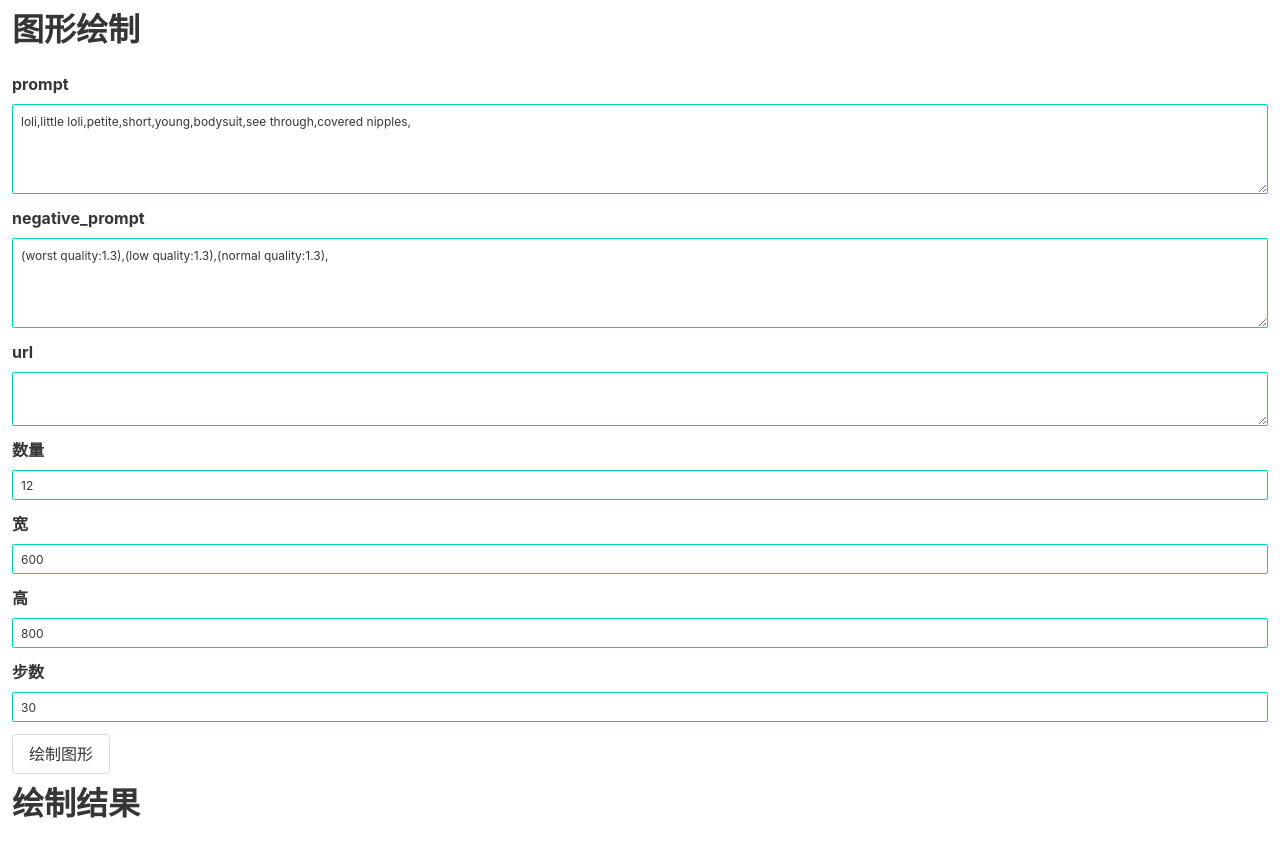
Repository: easterCat/ai-crawler-python
Page: http://localhost/draw
These files come from the project's save history. The page is drawn as it stood at one moment and after the next save; the edit follows.
The browser window is 1280 px wide. The pictures show the whole page.
The page is served by the project's application, run on Flask 3 (app/app.py).

Above is the page before, as saved 2023-08-15 20:20:10.

### app/templates/draw.html
<!DOCTYPE html>
<html>

<head>
    <title>图形绘制</title>
    <link rel="stylesheet" href="https://cdn.jsdelivr.net/npm/bulma@0.9.4/css/bulma.min.css">
    <style>
        .image-container {
            display: flex;
            flex-wrap: wrap;
            justify-content: center;
        }

        .image-container img {
            max-width: 100%;
            margin: 10px;
        }
    </style>
</head>

<body>
<div class="p-3">
    <h1 class="title">图形绘制</h1>
    <form id="myForm" action="/draw" method="POST">

        <div class="field">
            <label class="label">prompt</label>
            <div class="control">
            <textarea class="textarea is-primary is-small" id="textarea1" name="prompt" rows="4" cols="200"
                      placeholder="loli,little loli,petite,short,young,bodysuit,see through,covered nipples,"></textarea>
            </div>
        </div>
        <div class="field">
            <label class="label">negative_prompt</label>
            <div class="control">
            <textarea class="textarea is-primary is-small" id="textarea2" name="negative_prompt" rows="4" cols="200"
                      placeholder="(worst quality:1.3),(low quality:1.3),(normal quality:1.3),"></textarea>
            </div>
        </div>
        <div class="field">
            <label class="label">url</label>
            <div class="control">
                <textarea class="textarea is-primary is-small" id="textarea3" name="url" rows="2" cols="200"></textarea>
            </div>
        </div>
        <div class="field">
            <label class="label">数量</label>
            <div class="control">
                <input class="input is-primary is-small" id="textarea4" type="text" name="n_iter"></input>
            </div>
        </div>
        <div class="field">
            <label class="label">宽</label>
            <div class="control">
                <input class="input is-primary is-small" id="textarea5" type="text" name="width"></input>
            </div>
        </div>
        <div class="field">
            <label class="label">高</label>
            <div class="control">
                <input class="input is-primary is-small" id="textarea6" type="text" name="height"></input>
            </div>
        </div>
        <div class="field">
            <label class="label">步数</label>
            <div class="control">
                <input class="input is-primary is-small" id="textarea7" type="text" name="steps"></input>
            </div>
        </div>
        <input class="button" type="submit" value="绘制图形">
    </form>
    <h1 class="title mt-3">绘制结果</h1>
    <div class="image-container">
        {% for image in data.images %}
        <img width="600" src="data:[embedded picture, 34 characters]" alt="图像">
        {% endfor %}
    </div>
</div>
</body>
<script>
    window.onload = function() {
        var urlParams = new URLSearchParams(window.location.search);
        var url = urlParams.get('url');
        var form = document.getElementById('myForm');
        document.getElementById('textarea1').value = 'loli,little loli,petite,short,young,bodysuit,see through,covered nipples,';
        document.getElementById('textarea2').value = '(worst quality:1.3),(low quality:1.3),(normal quality:1.3),';
        document.getElementById('textarea3').value = url || '';
        document.getElementById('textarea4').value = '12';
        document.getElementById('textarea5').value = '600';
        document.getElementById('textarea6').value = '800';
        document.getElementById('textarea7').value = '30';
        form.action = '/draw?url=' + url || '';
    }
</script>

</html>

### app/app.py
import asyncio
import json
import os

import aiofiles
import aiohttp
import requests
from flask import Flask, render_template, request, Response

app = Flask(__name__)

result_urls = None

total = 0


@app.route('/')
async def render_html():
    data = await read_json_files()
    # 渲染模板并返回HTML响应
    return render_template('template.html', data={'list': data, 'total': len(data), 'allow': total})


@app.route('/draw', methods=['GET', 'POST'])
def draw():
    if request.method == 'GET':
        return render_template('draw.html', data={'images': [], 'prompt': ''})
    else:
        prompt = request.form['prompt']
        negative_prompt = request.form['negative_prompt']
        n_iter = request.form['n_iter']
        width = request.form['width']
        height = request.form['height']
        steps = request.form['steps']
        url = request.args.get('url')

        headers = {"Content-Type": "application/json"}
        request_json = {
            "prompt": prompt,
            "negative_prompt": negative_prompt,
            "n_iter": int(n_iter) if n_iter else 12,
            "width": int(width) if width else 600,
            "height": int(height) if height else 800,
            "steps": int(steps) if steps else 30,
        }

        print(f"URL: {url}")
        print(f"Prompt: {prompt}")
        print(f"Negative Prompt: {negative_prompt}")
        print("开始绘制,等待中......")

        is_ajax_request = request.headers.get('X-Requested-With') == 'XMLHttpRequest'

        try:
            response = requests.post(url + '/sdapi/v1/txt2img', json=request_json, headers=headers)
            json_data = response.json()
            images = json_data.get("images", [])

            if is_ajax_request:
                return Response(images, mimetype='application/json')
            else:
                return render_template('draw.html', data={'images': images, 'prompt': prompt})
        except Exception:
            pass
        if is_ajax_request:
            return Response([], mimetype='application/json')
        else:
            return render_template('draw.html', data={'images': [], 'prompt': ''})


@app.route("/test", methods=['GET', 'POST'])
async def test_html():
    global result_urls

    # if request.method == 'GET':
    #     return render_template('template.html', data={'list': [], 'total': 0, 'allow': 0})

    if result_urls is None:
        print("当前没有验证,重新获取喽!!!!")
        data = await read_json_files()
        timeout = aiohttp.ClientTimeout(sock_read=60)

        async with aiohttp.ClientSession(timeout=timeout) as session:
            print('-----------当前可用域名------------')
            tasks = []
            for item in data:
                task = asyncio.create_task(scan_port(session, item))
                tasks.append(task)
            result_urls = await asyncio.gather(*tasks)
            print(f'-----------结束 {total}/{len(data)}------------')

    is_ajax_request = request.headers.get('X-Requested-With') == 'XMLHttpRequest'

    print(request.headers)
    if is_ajax_request:
        result = json.dumps(result_urls)
        return Response(result, mimetype='application/json')
    # 渲染模板并返回HTML响应
    else:
        return render_template('template.html', data={'list': result_urls, 'total': len(result_urls), 'allow': total})


async def read_json_files():
    data = []
    directory = os.path.join(os.path.dirname(__file__), '../autodl')
    for filename in os.listdir(directory):
        if filename.endswith('.json'):
            file_path = os.path.join(directory, filename)
            async with aiofiles.open(file_path, 'r', encoding='utf-8') as json_file:
                file_data = json.loads(await json_file.read())
                data.extend(file_data)
    return data


async def scan_port(session, item):
    global total
    api = item['url'] + '/sdapi/v1/txt2img'
    try:
        headers = {'Content-Type': 'application/json'}
        async with session.post(api, data=json.dumps({
            "prompt": "loli,little loli,petite,short,young,bodysuit,see through,covered nipples,",
            "negative_prompt": "(worst quality:1.3),(low quality:1.3),(normal quality:1.3),",
            # "height": 768
        }), headers=headers) as response:
            if 200 <= response.status < 300:
                html_json = await response.json()
                images = html_json.get("images", [])
                if images[0] is not None:
                    total += 1
                    print(item['url'])
                item['images'] = images
                return item
            else:
                return item
    except Exception:
        pass
    return item


if __name__ == '__main__':
    app.run(port=9999)

After the next save:
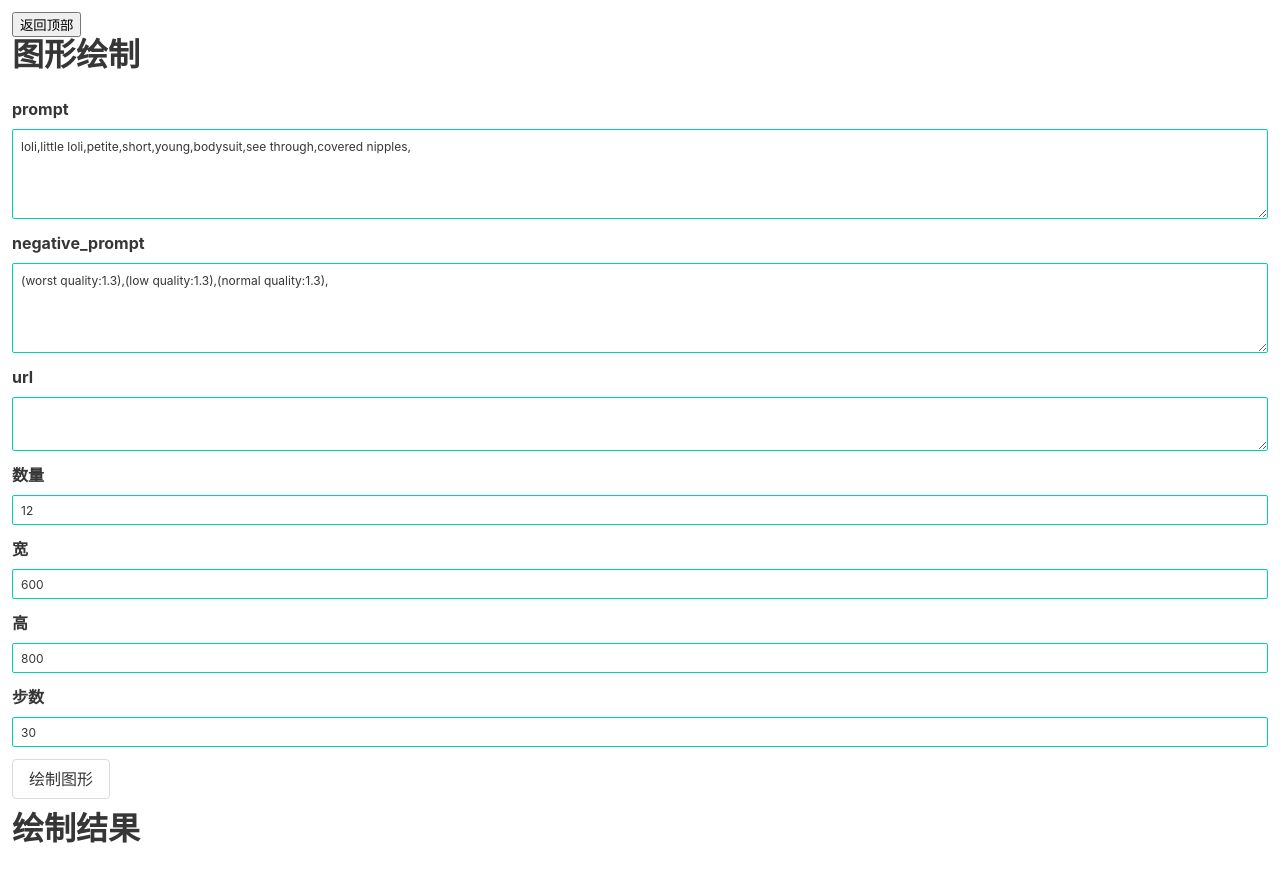
Saved 55 min 45 s later.
--- a/app/templates/draw.html
+++ b/app/templates/draw.html
@@ -20,6 +20,7 @@
 
 <body>
 <div class="p-3">
+    <button id="backToTopBtn" onclick="scrollToTop()">返回顶部</button>
     <h1 class="title">图形绘制</h1>
     <form id="myForm" action="/draw" method="POST">
 

After the save that followed:
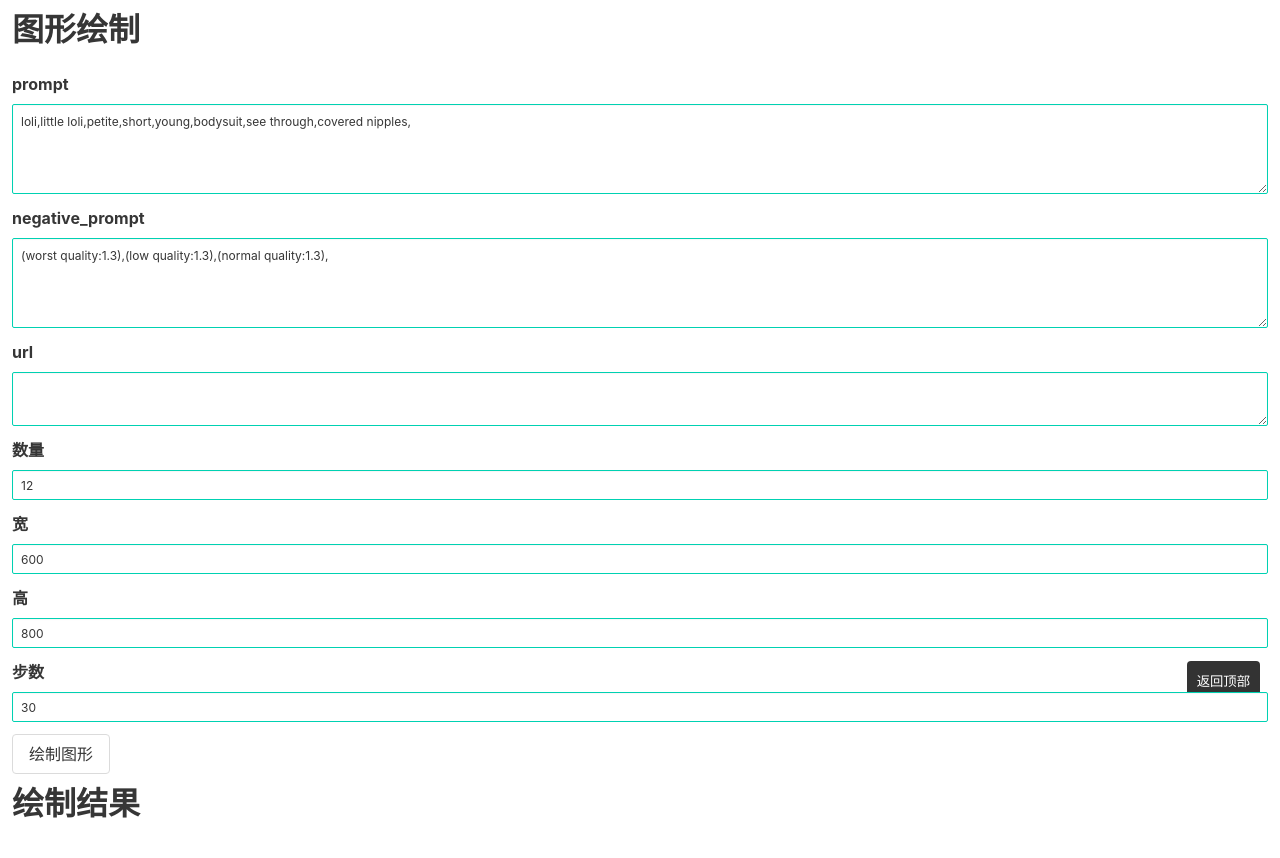
Saved 10 s later.
--- a/app/templates/draw.html
+++ b/app/templates/draw.html
@@ -15,6 +15,18 @@
             max-width: 100%;
             margin: 10px;
         }
+
+        #backToTopBtn {
+                position: fixed;
+                bottom: 20px;
+                right: 20px;
+                padding: 10px;
+                background-color: #333;
+                color: #fff;
+                border: none;
+                border-radius: 4px;
+                cursor: pointer;
+            }
     </style>
 </head>
 
